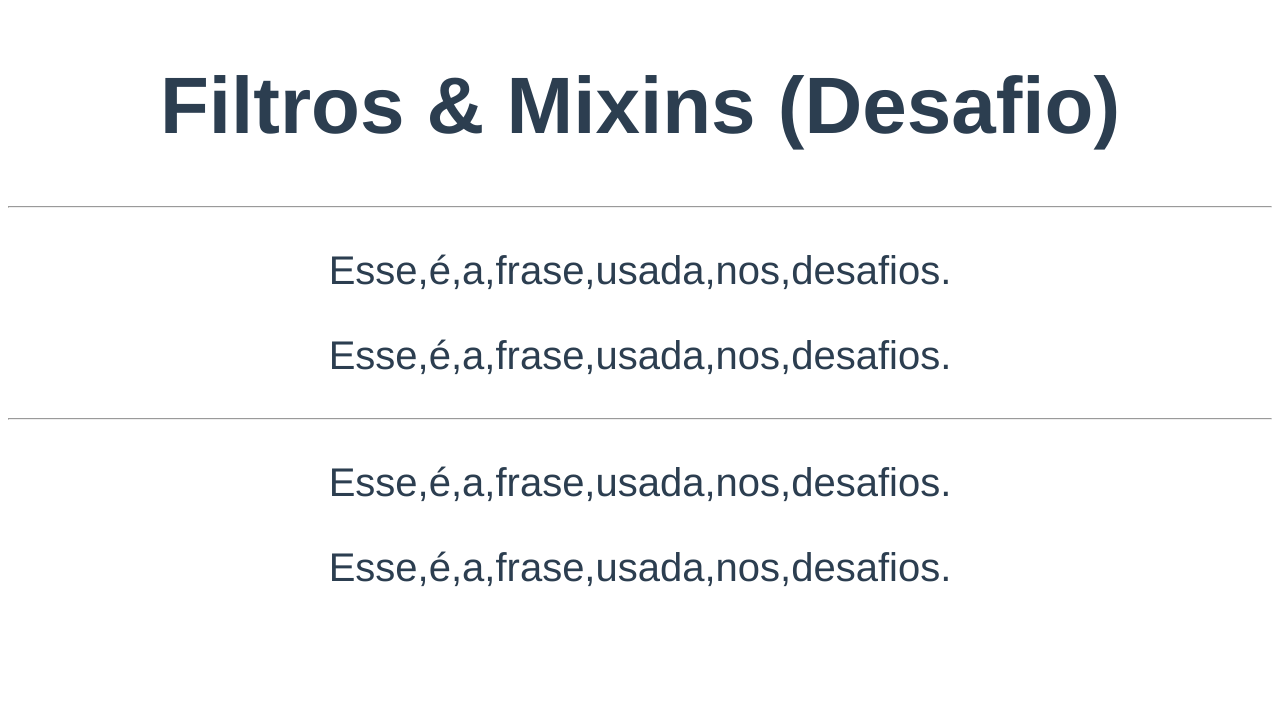
Repository: LucianoBitt/Curso_VueJS
Page: / (app in 11_filtros-mixins/filtros-mixins-desafio/)
An editor plug-in stored every save of this project. The page is shown before and after the next save, followed by the edit.
The browser window is 1280 px wide. The pictures show the whole page.
The project was rebuilt for these pictures with package versions that can differ from the ones it lists, and the page was loaded fresh each time.

Above is the page before, as saved 2023-12-21 12:27:54.

After the next save:
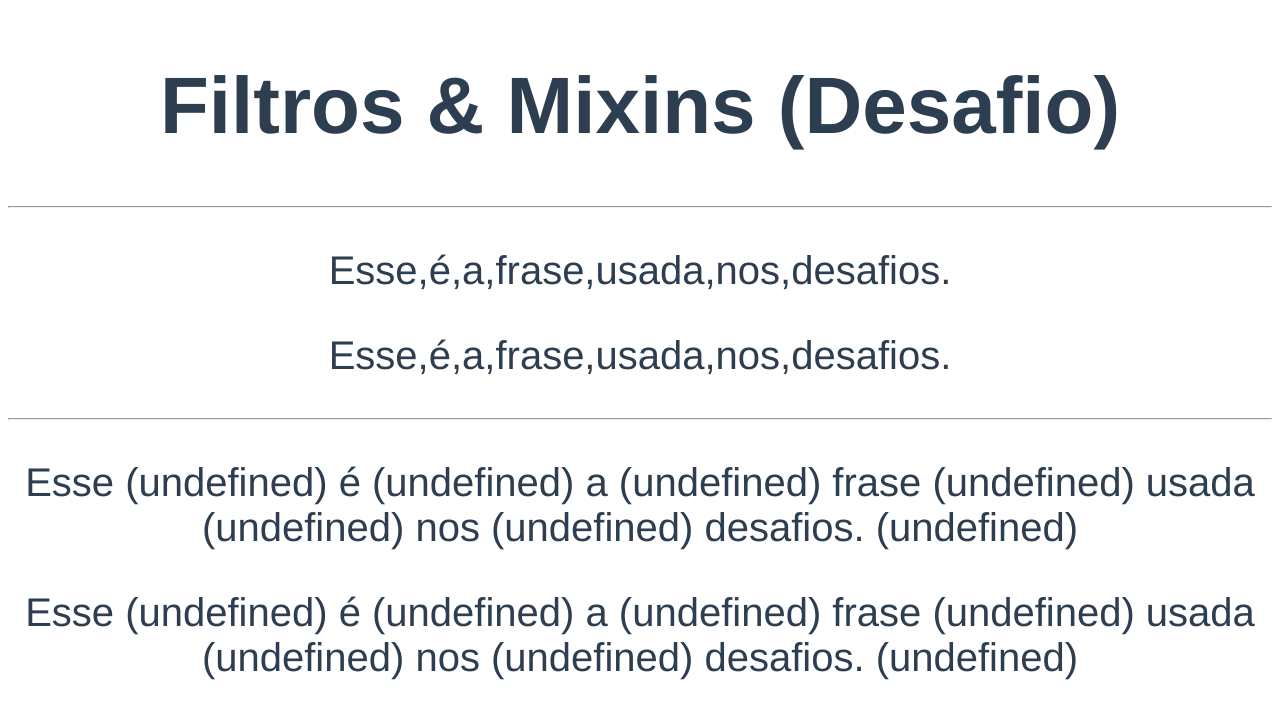
Saved 31 s later.
--- a/11_filtros-mixins/filtros-mixins-desafio/src/App.vue
+++ b/11_filtros-mixins/filtros-mixins-desafio/src/App.vue
@@ -10,8 +10,8 @@
 			valor na string final -->
 		<!-- "Pedro é legal" => "Pedro (5) é (1) legal (5)" -->
 		<hr>
-		<p>{{ frase | espaco-por-virgula }}</p>
-		<p>{{ frase | espacoPorVirgula }}</p>
+		<p>{{ frase | contar-Palavras }}</p>
+		<p>{{ frase | contarPalavras }}</p>
 
 		<!-- Exercício 3 -->
 		<!-- Implementar os exercicios 1 e 2 com propriedade computada -->
